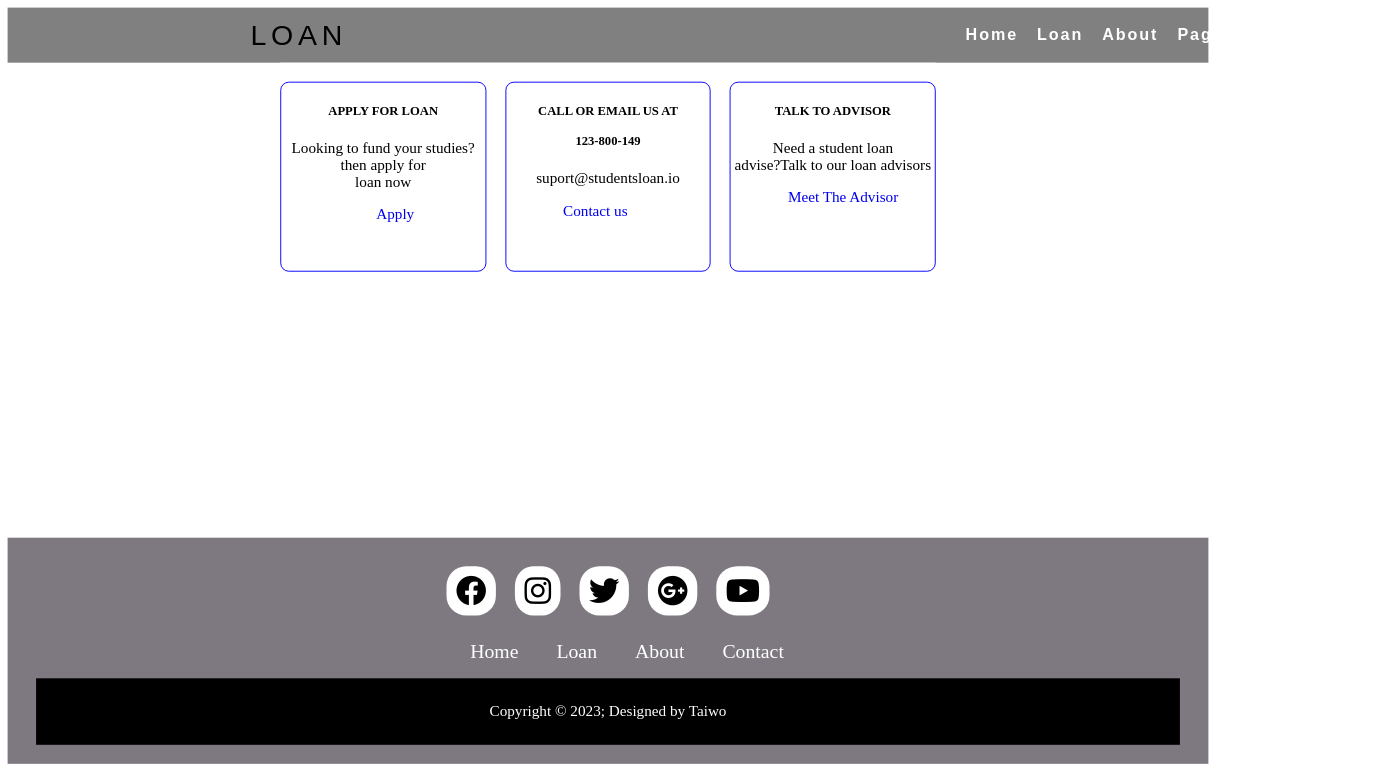
Repository: Tobby004/basic-loanweb
Page: contact.html
An editor plug-in stored every save of this project. The page is shown before and after the next save, followed by the edit.
The browser window is 1280 px wide. The page is 1458 px wide, so the pictures cover 1458 px, including what lies to the right of the window. The pictures show the whole page, at 95% of full size.

Above is the page before, as saved 2023-07-06 14:22:20.

### contact.html
<!DOCTYPE html>
<html lang="en">
<head>
    <meta charset="UTF-8">
    <meta http-equiv="X-UA-Compatible" content="IE=edge">
    <meta name="viewport" content="width=device-width, initial-scale=1.0">
    <title>Contact</title>
    <link rel="stylesheet" href="contact.css">
    <link rel="stylesheet" href="https://cdnjs.cloudflare.com/ajax/libs/font-awesome/6.4.0/css/all.min.css" integrity="sha512-iecdLmaskl7CVkqkXNQ/ZH/XLlvWZOJyj7Yy7tcenmpD1ypASozpmT/E0iPtmFIB46ZmdtAc9eNBvH0H/ZpiBw==" crossorigin="anonymous" referrerpolicy="no-referrer" />
</head>
<body>
    <nav>
        <div class="logo">LOAN</div>
            <ul class="nav-links">
                    <li><a class="active"><a href="index.html">Home</a></li>
                    <li><a href="apply.html">Loan</a></li>
                    <li><a href="about.html">About</a></li>
                    <li><a href="#">Pages</a></li>
                    <li><a href="#">FAQ</a></li>
                    <li><a href="contact.html">Contact</a></li>
            </ul>
            <div class="burger">
            <div class="line1"></div>
            <div class="line2"></div>
            <div class="line3"></div>
            </div>
        </nav>
    <div class="contact-box">
        <div class="cob-1">
       <h5>APPLY FOR LOAN</h5>
       <p>Looking to fund your studies? <br> then apply for <br> loan now</p>
       <a href="apply.html">Apply</a>
        </div>
        <div class="cob-2">
         <h5>CALL OR EMAIL US AT <br><br>123-800-149</h5>
         <p>suport@studentsloan.io</p>
         <a href="contact.html">Contact us</a>
        </div>
        <div class="cob-3">
         <h5>TALK TO ADVISOR</h5>
         <p>Need a student loan <br> advise?Talk to our loan advisors</p>
         <a href="#">Meet The Advisor</a>
     </div>
    </div>
    <div class="footer">
        <div class="socialicon">
         <a href=""><i class="fa-brands fa-facebook"></i></a>
         <a href=""><i class="fa-brands fa-instagram"></i></a>
         <a href=""><i class="fa-brands fa-twitter"></i></a>
         <a href=""><i class="fa-brands fa-google-plus"></i></a>
         <a href=""><i class="fa-brands fa-youtube"></i></a>
        </div>
    <div class="footernav">
     <ul>
         <li><a href="">Home</a></li>
         <li><a href="">Loan</a></li>
         <li><a href="">About</a></li>
         <li><a href="">Contact</a></li>

     </ul>
    </div>
    <div class="footerbottom">
     <p>Copyright &copy 2023; Designed by <span class="design">Taiwo</span> </p>
    </div>
     </div>
     <script src="nav.js"></script>
</body>
</html>

### contact.css
* {
    box-sizing: border-box;
}
nav {
    display: flex;
    justify-content: space-around;
    align-items: center;
    min-height: 8vh;
    font-family: sans-serif;
    background: gray;
}
.logo {
    color: black;
    text-transform: uppercase;
    letter-spacing: 5px;
    font-size: 30px;
    margin-right: 100px;
    font-family: sans-serif ;
}
 .nav-links {
    display: flex;
    justify-content: space-around;
    width: 0;
    gap: 20px;
 }
.nav-links a {
    color: #ffffff;
     text-decoration: none;
     letter-spacing: 2px;
     font-weight: bold;
     font-size: 17px;
}
.nav-links li :hover {
    transition: all 3s;
    background: #ffffff;
    color: blue;
}
.nav-links li {
    list-style: none;
}
.burger div {
    width: 25px;
    height: 5px;
    background-color: #ffffff;
    margin: 5px;
    transition: all 0.3s ease-in;
}
.burger {
    display: none;
}

.contact-box{
    display:flex ;
    gap: 20px;
    justify-content: space-between;
    margin: auto;
    height: 400px;
    width: 690px;
    background: #ffffff;
}
.contact-box h3 {
    text-align: center;
}
.contact-box p {
    text-align: center;
}
.cob-1 {
    margin-top: 20px;
    height: 200px;
    width: 250px;
    background: white;
    border-radius: 9px;
    border: solid 0.5px blue;
}
.cob-2 {
    margin-top: 20px;
    height: 200px;
    width: 250px;
    background: white;
    border-radius: 9px;
    border: solid 0.5px blue;
}
.cob-3 {
    margin-top: 20px;
    height: 200px;
    width: 250px;
    background: white;
    border-radius: 9px;
    border: solid 0.5px blue;
}
.contact-box h5 {
    text-align: center;
}
.contact-box a {
    text-decoration: none;
}
.cob-1 a {
margin-left: 100px;
}
.cob-2 a {
    margin-left: 60px;
}
.cob-3 a {
    margin-left: 60px;
}

.footer{
    margin-top: 100px;
    background: rgb(126, 120, 129);
    width: 100%;
    padding: 20px 30px 20px;
}
.socialicon {
    display: flex;
    justify-content: center;
}
.socialicon a {
    text-decoration: none;
    padding: 10px;
    margin: 10px;
    background: #ffffff;
    border-radius: 40%;
}
.socialicon a i {
    font-size: 2em;
    color: black;
}
.footernav ul {
 display: flex;
 justify-content: center;
 list-style: none;
}
.footernav ul li a{
 color: #ffffff;
 margin: 20px;
 text-decoration: none;
 font-size: 1.3em;
}
.footerbottom {
    background-color: black;
    padding: 10px;
    text-align: center;
}
.footerbottom p {
    color:white
}


@media only screen and (max-width:850px) {
     body {
        overflow-x: hidden;
     }
    .nav-links {
        position: absolute;
        right: 0px;
        top: 6vh;
        height: 70vh;
        background: black;
        display: flex;
        gap: 10px;
        width: 50%;
        flex-direction: column;
        align-items: center;
        transform: translateX(100%);
        transition: transform 0.5s ease-in;
    }
    .nav-links li {
        opacity: 1;
    }
    .nav-links li :hover {
        transition: all 5s;
        color: red;
    }
    .burger {
        display: block;
        cursor: pointer;
    }
   .nav-active {
    transform: translateX(0%);
   }
   .footernav {
    flex-direction: column;
   }
   .footernav ul li {
    width: 100%;
    text-align: center;
    margin: 1opx;
   }
    .contact-box {
        display: block;
        width: max-content;
    }

}

### nav.js
const navSlide = () => {
    const burger = document.querySelector('.burger');
    const navlinks = document.querySelector('.nav-links');
    const navLinks = document.querySelectorAll('.nav-links li');

 burger.addEventListener('click', ()=> {
    navlinks.classList.toggle('nav-active');

});
burger.classList.toggle('toggle');
}

navSlide()

After the next save:
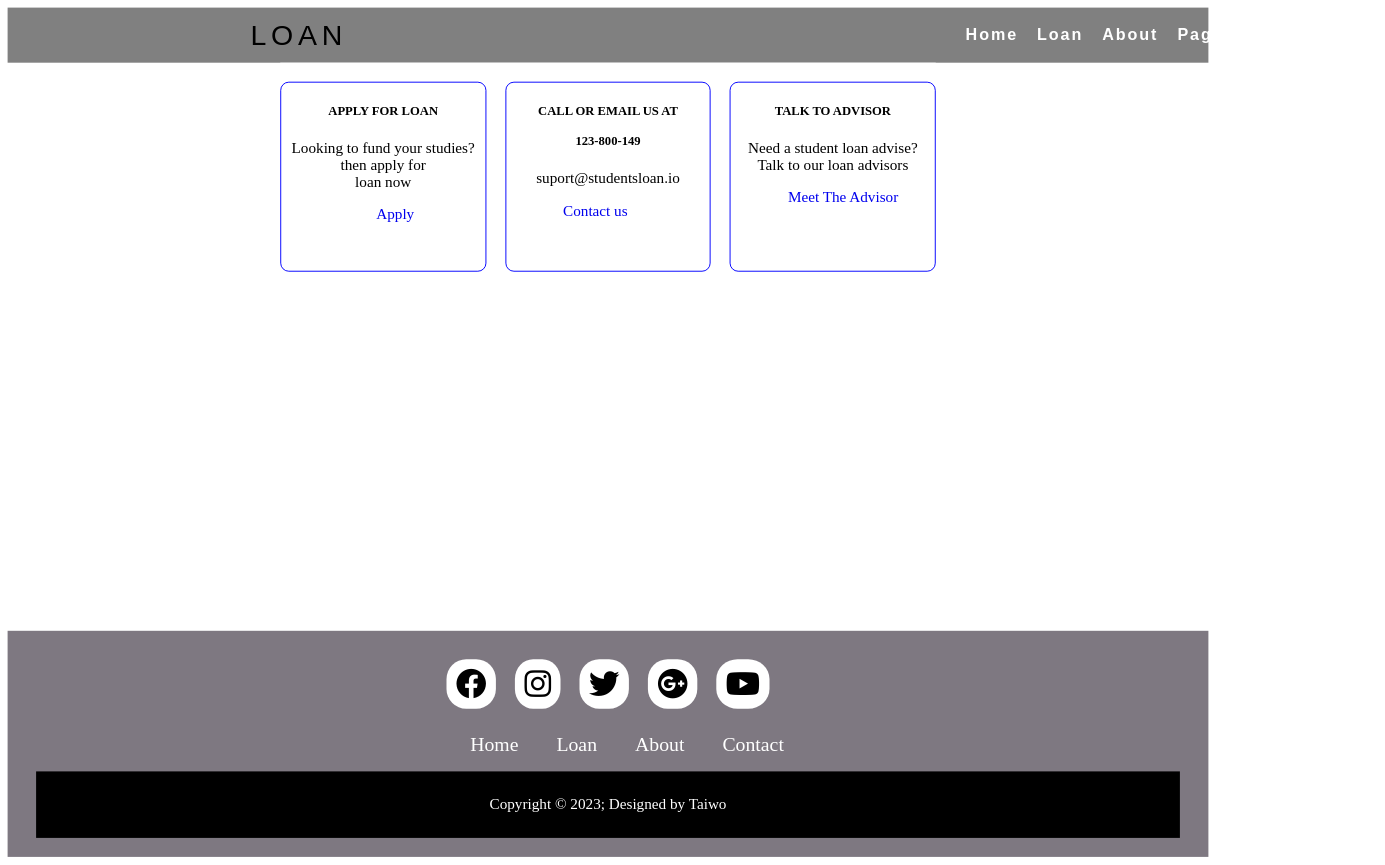
Saved 4 min 48 s later.
--- a/contact.html
+++ b/contact.html
@@ -38,10 +38,12 @@
         </div>
         <div class="cob-3">
          <h5>TALK TO ADVISOR</h5>
-         <p>Need a student loan <br> advise?Talk to our loan advisors</p>
+         <p>Need a student loan advise?<br>
+            Talk to our loan advisors</p>
          <a href="#">Meet The Advisor</a>
      </div>
     </div>
+    <br>
     <div class="footer">
         <div class="socialicon">
          <a href=""><i class="fa-brands fa-facebook"></i></a>
@@ -56,7 +58,6 @@
          <li><a href="">Loan</a></li>
          <li><a href="">About</a></li>
          <li><a href="">Contact</a></li>
-
      </ul>
     </div>
     <div class="footerbottom">
--- a/contact.css
+++ b/contact.css
@@ -105,7 +105,7 @@ margin-left: 100px;
 }
 
 .footer{
-    margin-top: 100px;
+    margin-top: 180px;
     background: rgb(126, 120, 129);
     width: 100%;
     padding: 20px 30px 20px;
@@ -190,5 +190,7 @@ margin-left: 100px;
         display: block;
         width: max-content;
     }
-
+    .footer {
+        margin-top: 300px;
+    }
 }
